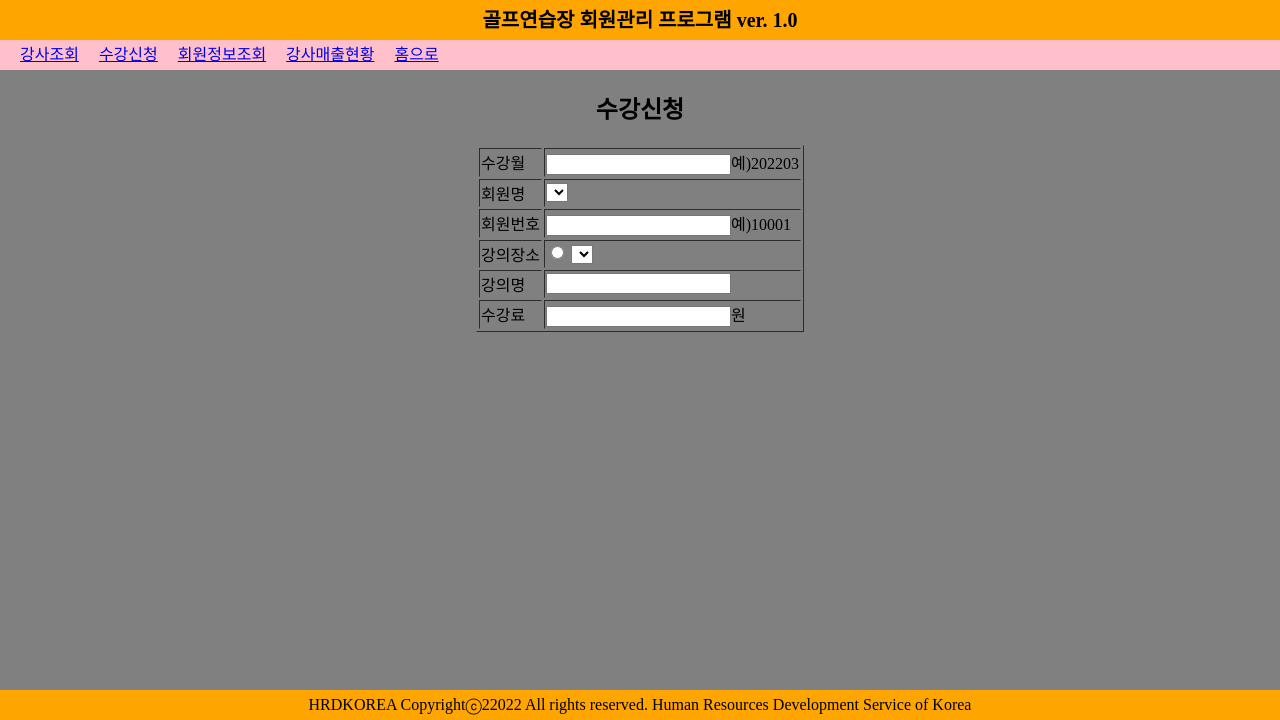
Repository: leesuyeon116/HRD_3
Page: http://localhost/HRD_0505/insert.jsp
These files come from the project's save history. The page is drawn as it stood at one moment and after the next save; the edit follows.
The browser window is 1280 px wide. The pictures show the whole page.
The page is served by Tomcat 9.

Above is the page before, as saved 2024-05-05 09:30:16.

### workspace/HRD_0505/src/main/webapp/insert.jsp
<%@ page language="java" contentType="text/html; charset=UTF-8"
    pageEncoding="UTF-8"%>
<!DOCTYPE html>
<html>
<head>
<meta charset="UTF-8">
<title>insert</title>
</head>
<body>
<jsp:include page="header.jsp"></jsp:include>
<section style="position: fixed; top: 70px; left: 0px; width: 100%; height: 100%; background-color: gray">
<h2 style="text-align: center">수강신청</h2>
	<form style="display: flex; align-items: center; justify-content: center">
		<table border="1">
			<tr>
				<td>수강월</td>
				<td><input type="text" name="regist_month">예)202203</td>
			</tr>

			<tr>
				<td>회원명</td>
					<td>
						<select>
							<option></option>
						</select>
					</td>
			</tr>

			<tr>
				<td>회원번호</td>
				<td><input type="text" name="c_no">예)10001</td>
			</tr>

			<tr>
				<td>강의장소</td>
					<td>
					<input type="radio" name="class_area">
						<select></select>
					</td>
			</tr>

			<tr>
				<td>강의명</td>
				<td><input type="text" name="class_name"></td>
			</tr>

			<tr>
				<td>수강료</td>
				<td><input type="text" name="class_price">원</td>
			</tr>

		</table>
	</form>

</section>

<jsp:include page="footer.jsp"></jsp:include>
</body>
</html>

### workspace/HRD_0505/src/main/webapp/header.jsp
<%@ page language="java" contentType="text/html; charset=UTF-8"
    pageEncoding="UTF-8"%>
<!DOCTYPE html>
<html>
<head>
<meta charset="UTF-8">
<title>header</title>
</head>
<body>
<header style="position: fixed; top: 0px; left: 0px; width: 100%; height: 40px; line-height: 40px; background-color: orange;
	text-align: center; font-size: 20px">
<b>골프연습장 회원관리 프로그램 ver. 1.0</b>
</header>

<nav style="position: fixed; top: 40px; left: 0px; width: 100%; height: 30px; line-height: 30px; background-color: pink;
	padding-left: 20px">
	<a href="tlist.jsp">강사조회</a> &nbsp; &nbsp;
	<a href="insert.jsp">수강신청</a> &nbsp; &nbsp;
	<a href="mlist.jsp">회원정보조회</a> &nbsp; &nbsp;
	<a href="salary.jsp">강사매출현황</a> &nbsp; &nbsp;
	<a href="index.jsp">홈으로</a> &nbsp; &nbsp;
</nav>
</body>
</html>

### workspace/HRD_0505/src/main/webapp/footer.jsp
<%@ page language="java" contentType="text/html; charset=UTF-8"
    pageEncoding="UTF-8"%>
<!DOCTYPE html>
<html>
<head>
<meta charset="UTF-8">
<title>footer</title>
</head>
<body>
<footer style="position: fixed; bottom: 0px; left: 0px; width: 100%; height: 30px; line-height: 30px; background-color: orange;
	text-align: center">
	HRDKOREA Copyrightⓒ22022 All rights reserved. Human Resources Development Service of Korea
</footer>
</body>
</html>

After the next save:
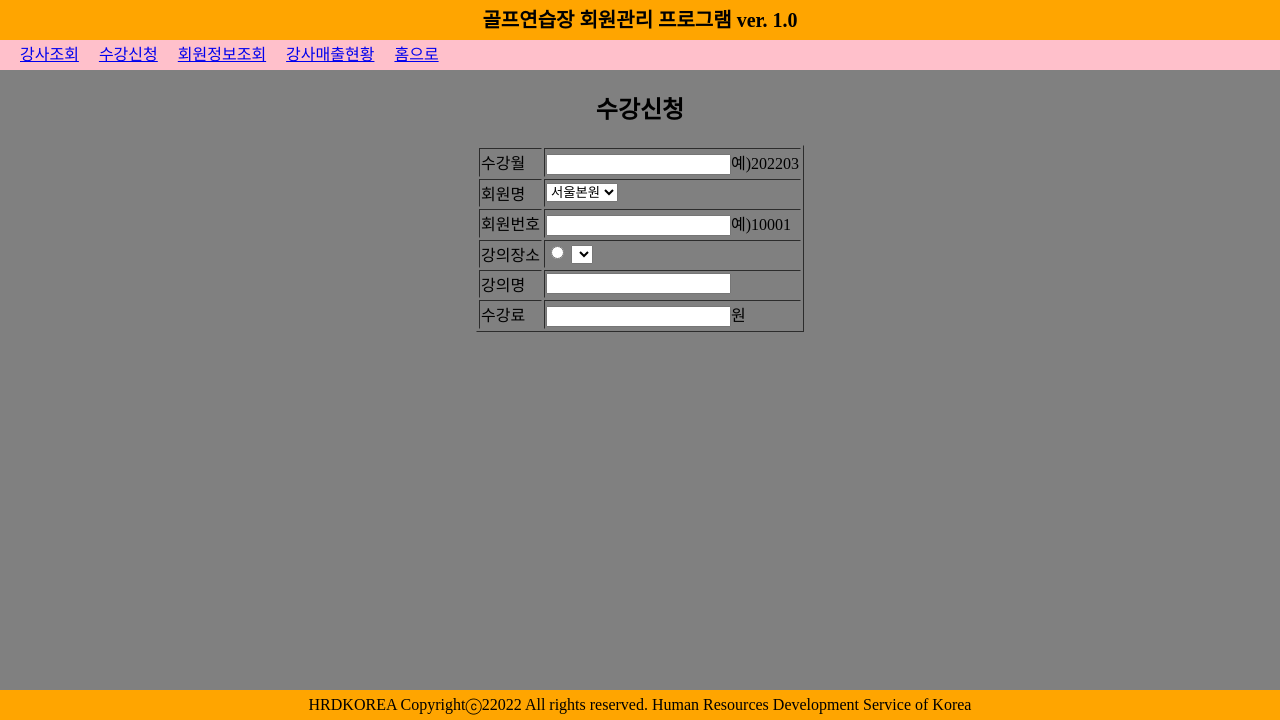
Saved 38 s later.
--- a/workspace/HRD_0505/src/main/webapp/insert.jsp
+++ b/workspace/HRD_0505/src/main/webapp/insert.jsp
@@ -21,7 +21,11 @@
 				<td>회원명</td>
 					<td>
 						<select>
-							<option></option>
+							<option>서울본원</option>
+							<option>성남본원</option>
+							<option>대전본원</option>
+							<option>부산본원</option>
+							<option>대구본원</option>
 						</select>
 					</td>
 			</tr>
